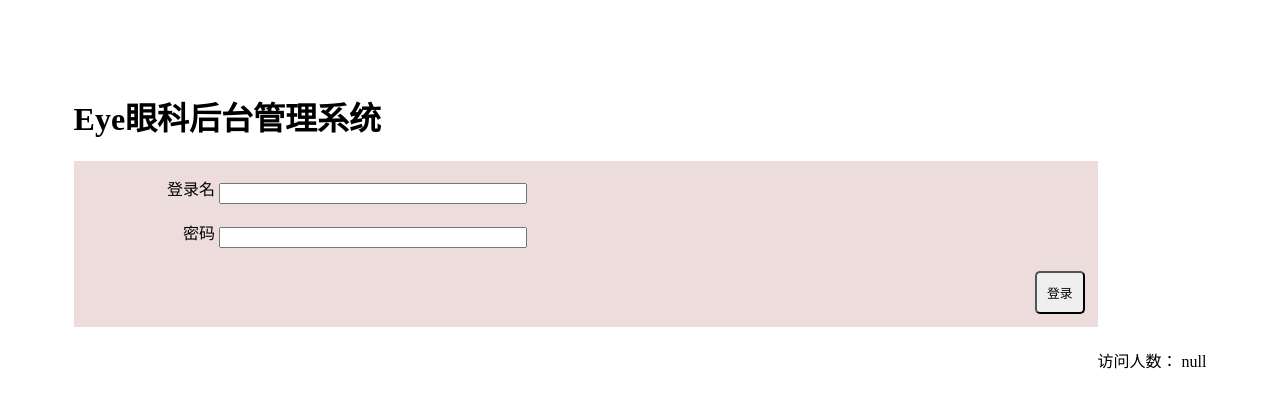
Repository: weishuangshuang/java
Page: http://localhost/eye025/
The author's editor kept a copy of each file at every save. The page is drawn from the files as they stood at one save, then again after the next save.
The browser window is 1280 px wide. The pictures show the whole page.
The page is served by Tomcat 9. Nobody is signed in. The application's start-up code is not run.

Above is the page before, as saved 2019-01-02 07:28:01.

After the next save:
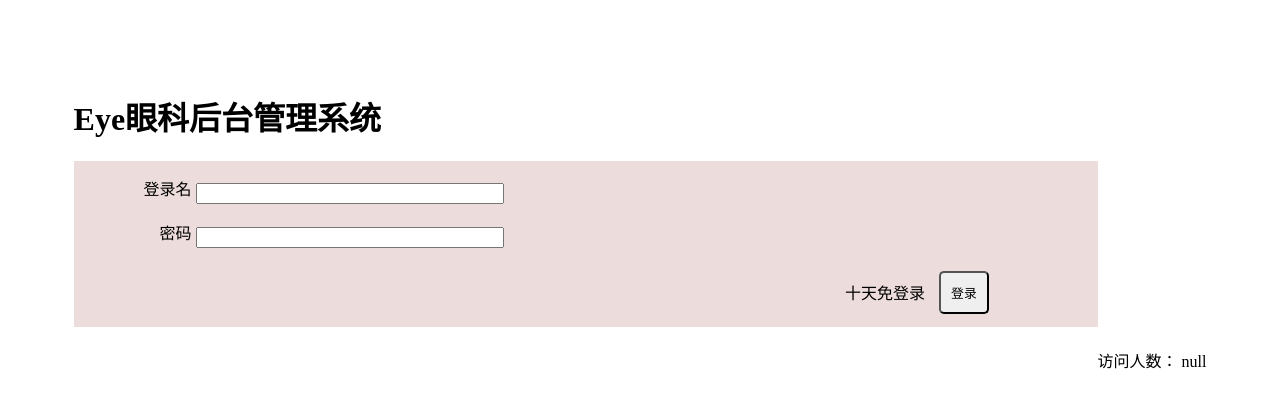
Saved 9 min 18 s later.
--- a/java/eye025/WebContent/index.jsp
+++ b/java/eye025/WebContent/index.jsp
@@ -100,7 +100,8 @@ function login(f){
 				<td id="passwordMsg"></td>
 			</tr>
 			<tr>
-				<td colspan="3">
+				<td colspan="3">十天免登录</input type="checkbox" name="autologin"></td>
+				<td >
 
 <%
 	String msg = (String)request.getAttribute("msg");
